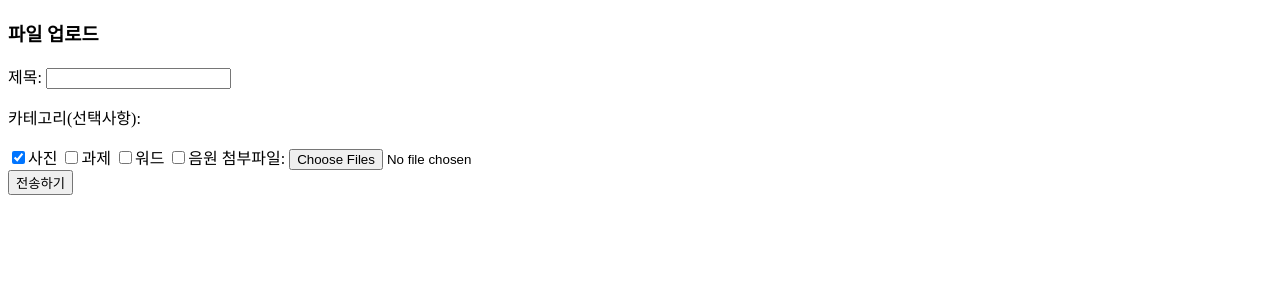
Repository: Motibidu/JSP_Servlet
Page: http://localhost/MushHaveJsp/13FileUpload/MultiUploadMain.jsp
An editor plug-in stored every save of this project. The page is shown before and after the next save, followed by the edit.
The browser window is 1280 px wide. The pictures show the whole page.
The page is served by Tomcat 10.

Above is the page before, as saved 2025-05-15 01:52:18.

After the next save:
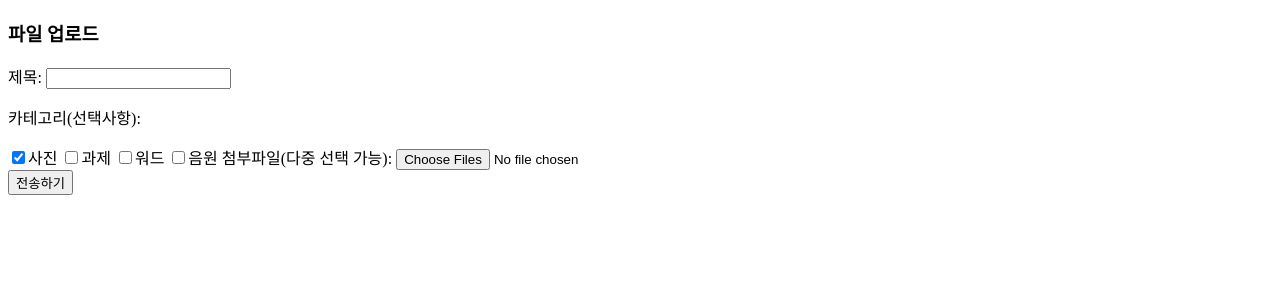
Saved 115 s later.
--- a/MushHaveJsp/src/main/webapp/13FileUpload/MultiUploadMain.jsp
+++ b/MushHaveJsp/src/main/webapp/13FileUpload/MultiUploadMain.jsp
@@ -18,7 +18,7 @@
 			<input type= "checkbox" id= "task" name= "cate" value="과제"/><label for="task">과제</label>
 			<input type= "checkbox" id= "word" name= "cate" value="워드"/><label for="word">워드</label>
 			<input type= "checkbox" id= "music" name= "cate" value="음원"/><label for="music">음원</label>
-			첨부파일: <input type= "file" name= "ofile" multiple/><br/>
+			첨부파일(다중 선택 가능): <input type= "file" name= "ofile" multiple/><br/>
 			<input type= "submit" value="전송하기"/>
 	</form>
 
